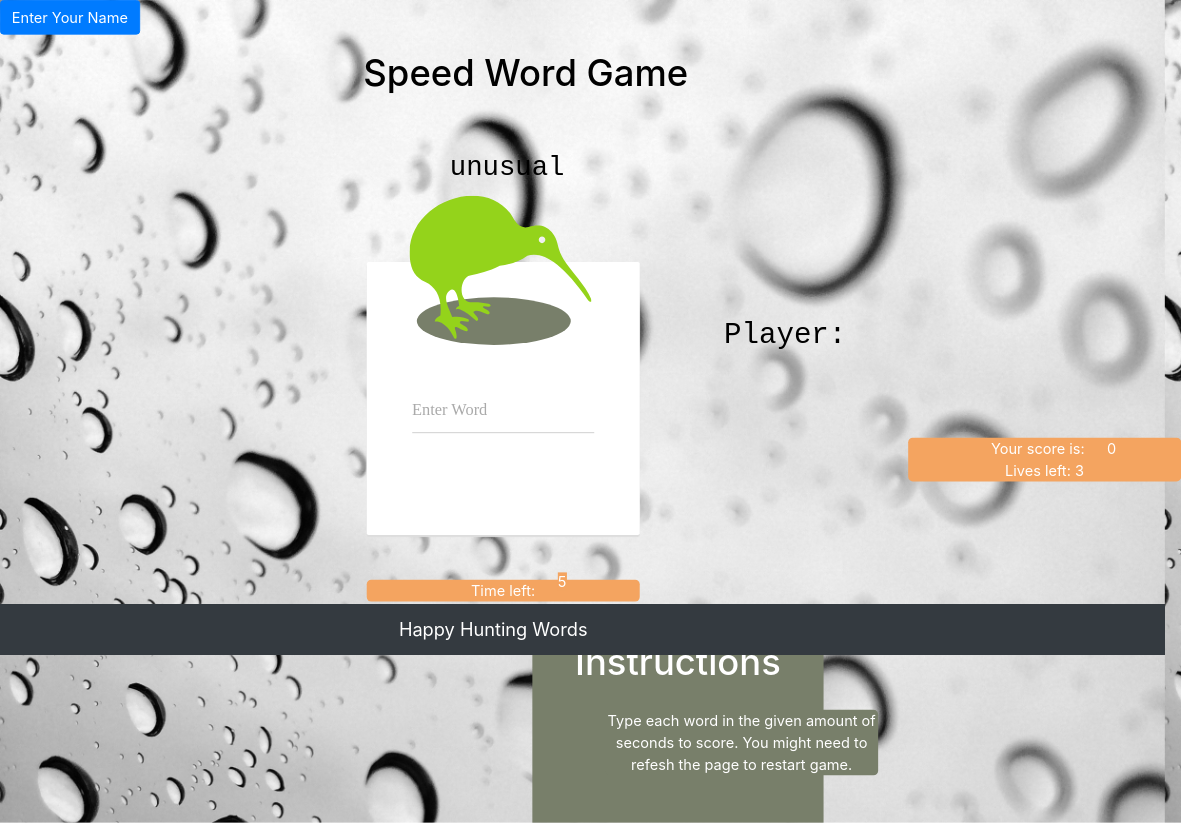
Repository: konstantin0s/word-game-project
Page: index.html
An editor plug-in stored every save of this project. The page is shown before and after the next save, followed by the edit.
The browser window is 1280 px wide. The page is 1298 px wide, so the pictures cover 1298 px, including what lies to the right of the window. The pictures show the whole page, at 91% of full size.
Backgrounds fixed to the window are drawn as part of the page. Some web libraries are served in a nearby version.

Above is the page before, as saved 2019-02-12 15:16:17.
Console error: ReferenceError: loadSound is not defined

### index.html
<!DOCTYPE html>
<html lang="en">

<head>

  <meta charset="utf-8">
  <meta name="viewport" content="width=device-width, initial-scale=1, shrink-to-fit=no">
  <meta name="description" content="">
  <meta name="author" content="">

  <title>Speed Word Game</title>
  <!-- <link rel="stylesheet" href="https://maxcdn.bootstrapcdn.com/bootstrap/3.4.0/css/bootstrap.min.css"> -->
  <script src="https://ajax.googleapis.com/ajax/libs/jquery/3.3.1/jquery.min.js"></script>
  <script src="https://maxcdn.bootstrapcdn.com/bootstrap/3.4.0/js/bootstrap.min.js"></script>
  <script src="https://cdnjs.cloudflare.com/ajax/libs/p5.js/0.7.3/p5.js"></script>
  <!-- Bootstrap core CSS -->
  <link href="vendor/bootstrap/css/bootstrap.min.css" rel="stylesheet">

  <!-- Custom styles for this template -->
  <link href="css/the-big-picture.css" rel="stylesheet">
  <link rel="stylesheet" href="css/style.css">

</head>

<body>

  <!-- Navigation -->
  <nav class="navbar navbar-expand-lg navbar-dark bg-dark fixed-bottom">
    <div class="container">
      <a class="navbar-brand" href="#">Happy Hunting Words</a>
      <button class="navbar-toggler" type="button" data-toggle="collapse" data-target="#navbarResponsive" aria-controls="navbarResponsive" aria-expanded="false" aria-label="Toggle navigation">
        <span class="navbar-toggler-icon"></span>
      </button>
      <div class="collapse navbar-collapse" id="navbarResponsive">
      </div>
    </div>
  </nav>



<!-- Button trigger modal -->
<button type="button" id="clearPlayer" class="btn btn-primary" data-toggle="modal" data-target="#exampleModalCenter">
    Enter Your Name
  </button>

  <!-- Modal -->
  <div class="modal fade" id="exampleModalCenter" tabindex="-1" role="dialog" aria-labelledby="exampleModalCenterTitle" aria-hidden="true">
    <div class="modal-dialog modal-dialog-centered" role="document">
      <div class="modal-content">
        <div class="modal-header">
          <h5 class="modal-title" id="exampleModalLongTitle">Player Name</h5>
          <button type="button" class="close" data-dismiss="modal" aria-label="Close">
            <span aria-hidden="true">&times;</span>
          </button>
        </div>
        <div class="modal-body">
            <h3 id="playerN">Enter Your Name</h3>
            <input id="name" onchange="say_hi()">
        </div>
      </div>
    </div>
  </div>

<h2 id="user">
  Player:
</h2>
<!--
<div class="newP">
    <h3 id="playerN">Enter Your Name</h3>
    <input id="name" onchange="say_hi()">
</div> -->


<div id="output"></div>

  <!-- Page Content -->
  <section>
    <div class="container">
      <div class="row">
        <div class="col-lg-6">
          <h1 class="mt-5">Speed Word Game</h1>
          <div id="wordsDisplay">

          </div>
          <div id="time">
           <p>Time left:</p> <span id="timeLeft"></span>
          </div>
          <div id="userDetails">
             Your score is: <span id="score">0</span><br>
             Lives left: <span id="lives">3</span>
          </div>
          <div class="wrapper">
            <input class="input" id="inputWord" onchange="compareGuess()" placeholder="Enter Word" type="text" >
            <span class="underline"></span>
        </div>
        </div>
      </div>
    </div>
  </section>

    <audio id="myTune">
      <!-- <source src="sounds/0283.ogg"> -->
      <!-- <source src="WhiteChristmas.ogg"> -->
    </audio>

   <p id="messageP"></p>
  <svg version="1.1" id="Layer_1" xmlns="http://www.w3.org/2000/svg" xmlns:xlink="http://www.w3.org/1999/xlink" x="0px" y="0px"
  width="612px" height="502.174px" viewBox="0 65.326 612 502.174" enable-background="new 0 65.326 612 502.174"
  xml:space="preserve" class="logo">

<ellipse class="ground" cx="283.5" cy="487.5" rx="259" ry="80"/>
<path class="kiwi" d="M210.333,65.331C104.367,66.105-12.349,150.637,1.056,276.449c4.303,40.393,18.533,63.704,52.171,79.03
 c36.307,16.544,57.022,54.556,50.406,112.954c-9.935,4.88-17.405,11.031-19.132,20.015c7.531-0.17,14.943-0.312,22.59,4.341
 c20.333,12.375,31.296,27.363,42.979,51.72c1.714,3.572,8.192,2.849,8.312-3.078c0.17-8.467-1.856-17.454-5.226-26.933
 c-2.955-8.313,3.059-7.985,6.917-6.106c6.399,3.115,16.334,9.43,30.39,13.098c5.392,1.407,5.995-3.877,5.224-6.991
 c-1.864-7.522-11.009-10.862-24.519-19.229c-4.82-2.984-0.927-9.736,5.168-8.351l20.234,2.415c3.359,0.763,4.555-6.114,0.882-7.875
 c-14.198-6.804-28.897-10.098-53.864-7.799c-11.617-29.265-29.811-61.617-15.674-81.681c12.639-17.938,31.216-20.74,39.147,43.489
 c-5.002,3.107-11.215,5.031-11.332,13.024c7.201-2.845,11.207-1.399,14.791,0c17.912,6.998,35.462,21.826,52.982,37.309
 c3.739,3.303,8.413-1.718,6.991-6.034c-2.138-6.494-8.053-10.659-14.791-20.016c-3.239-4.495,5.03-7.045,10.886-6.876
 c13.849,0.396,22.886,8.268,35.177,11.218c4.483,1.076,9.741-1.964,6.917-6.917c-3.472-6.085-13.015-9.124-19.18-13.413
 c-4.357-3.029-3.025-7.132,2.697-6.602c3.905,0.361,8.478,2.271,13.908,1.767c9.946-0.925,7.717-7.169-0.883-9.566
 c-19.036-5.304-39.891-6.311-61.665-5.225c-43.837-8.358-31.554-84.887,0-90.363c29.571-5.132,62.966-13.339,99.928-32.156
 c32.668-5.429,64.835-12.446,92.939-33.85c48.106-14.469,111.903,16.113,204.241,149.695c3.926,5.681,15.819,9.94,9.524-6.351
 c-15.893-41.125-68.176-93.328-92.13-132.085c-24.581-39.774-14.34-61.243-39.957-91.247
 c-21.326-24.978-47.502-25.803-77.339-17.365c-23.461,6.634-39.234-7.117-52.98-31.273C318.42,87.525,265.838,64.927,210.333,65.331
 z M445.731,203.01c6.12,0,11.112,4.919,11.112,11.038c0,6.119-4.994,11.111-11.112,11.111s-11.038-4.994-11.038-11.111
 C434.693,207.929,439.613,203.01,445.731,203.01z"/>
<filter id="pictureFilter" >
 <feGaussianBlur stdDeviation="15" />
</filter>
</svg>


<div class="instructions">
  <h1>Instructions</h1>
  <p>Type each word in the given amount of seconds to score.
    You might need to refesh the page to restart game.
  </p>
</div>

  <!-- Bootstrap core JavaScript -->
  <script src="vendor/jquery/jquery.min.js"></script>
  <script src="vendor/bootstrap/js/bootstrap.bundle.min.js"></script>
  <script src="js/main.js"></script>

</body>

</html>

### css/the-big-picture.css
/*!
 * Start Bootstrap - The Big Picture (https://startbootstrap.com/template-overviews/the-big-picture)
 * Copyright 2013-2019 Start Bootstrap
 * Licensed under MIT (https://github.com/BlackrockDigital/startbootstrap-the-big-picture/blob/master/LICENSE)
 */
body {
  background: url('../img/drop.jpg') no-repeat center center fixed;
  -webkit-background-size: cover;
  -moz-background-size: cover;
  background-size: cover;
  -o-background-size: cover;
}

### css/style.css
body {
  margin: 0;
  padding: 0;
  z-index: 40;
  overflow-x: hidden;
}

.container {
  display: flex;
  flex-direction: column;
  justify-content: center;

}
.mt-5 {
  color: black;
  text-align: center;
  position: relative;
  top: -30px;
  left: 290px;
}
.wrapper {
  background-color: #FFF;
  border-radius: 2px;
  box-shadow: 0px 2px 1px 0px #DDD;
  box-sizing: border-box;
  height: 300px;
  left: 550px;
  margin: -150px 0 0 -150px;
  position: absolute;
  top: 400px;
  width: 300px;

}

.input {
  background-color: transparent;
  border: none;
  border-bottom: 1px solid #CCC;
  color: #555;
  box-sizing: border-box;
  font-family: 'Arvo';
  font-size: 18px;
  height: 50px;
  left: 50%;
  margin: -25px 0 0 -100px;
  padding: 10px 0px;
  position: relative;
  top: 50%;
  width: 200px;

  &:focus {
    outline: none;
  }
}

input::-webkit-input-placeholder {
  color: #AAA;
}

input:focus::-webkit-input-placeholder {
  color: dodgerblue;
}

.input:focus+.underline {
  transform: scale(1);
}

.underline {
  background-color: dodgerblue;
  display: inline-block;
  height: 2px;
  left: 50px;
  margin-top: -4px;
  position: absolute;
  top: 185px;
  -webkit-transform: scale(0, 1);
  transform: scale(0, 1);
  -webkit-transition: all 0.5s linear;
  transition: all 0.5s linear;
  width: 202px;
}


font {
  color: white;
}

#wordsDisplay {
  position: relative;
  top: 20px;
  left: 387px;
  color: black;
  font-family: 'Courier New', Courier, monospace;
  font-size: 30px;
  width: 305px;
  text-align: center;
}
#userDetails {
  position: relative;
  top: 230px;
 float: right;
 /* left: 500px; */
 left: 740px;
  color: white;
  background-color: sandybrown;
  width: 300px;
  text-align: center;
  border-radius: 5px;
}

#score {
  position: relative;
  top: 0px;
  left: 20px;
  color: white;
  background-color: sandybrown;
}

#time {
  text-align: center;
}

 p {
  position: relative;
  top: 450px;
  left: 385px;
  color: white;
  background-color: sandybrown;
  width: 300px;
  border-radius: 5px;
 }

#timeLeft {
  position: relative;
  top: 400px;
  left: 330px;
  color: white;
  background-color: sandybrown;g
}

b {
  color: black;
  text-transform: capitalize;;
}

#user {
  position: relative;
  top: 350px;
  right: 350px;
  float: right;
  color: black;
  font: 33px;
  font-family: 'Courier New', Courier, monospace;
}

#output {
  position: relative;
  color: black;
  float: right;
  right: 250px;
  font-size:28px;
  top: 410px;
}

#playerN {
  color: black;
}

.newP {
  position: relative;
  left: 40px;
  top: 120px;
}

.navbar-brand {
  position: relative;
  left: -90px;
}


@import "compass/css3";

.logo {
  position: relative;
  width: 200px;
  height: 164px;
  left: 450px;
  top: -100px;
}

.kiwi {
  fill: #94d31b;

}
.kiwi:hover {
  fill: #ace63c;
}

.ground {
  fill: #787f6a;
}
.ground:hover {
  filter: url(#pictureFilter);
  fill: #896d3d;
}

#messageP {
  position: relative;
  top: -50px;
  width: 100px;
  left: 500px;
}

.instructions {
  background-color: #787f6a;
  width: 25%;
  height: 200px;
  color: white;
  position: relative;
  left: 580px;
  top: 220px;
  margin: 5px;
  text-align: center;
  margin-bottom: 50px;
}

.instructions p {
  background-color: #787f6a;
  position: relative;
  left: 80px;
  top: 20px;
  width: 1005;
  text-align: center;
}

### js/main.js
function say_hi() {
  var name = document.getElementById('name').value;
  var html = '<b>' + name + '</b> ';
 document.getElementById('output').innerHTML = html;
}

function clearPlayer() {
  document.getElementById("name").value = "";
  var input = document.getElementById("name");
  input.style.visibility = "hidden";
  var playerN = document.getElementById("playerN");
  playerN.style.visibility = "hidden";
  var clearPlayer = document.getElementById("clearPlayer");
  clearPlayer.style.visibility = "hidden";
  var exampleModalCenter = document.getElementById("exampleModalCenter");
  exampleModalCenter.style.visibility = "none";
}

  (function() {
    setInterval(function(){
      clearPlayer();
    }, 10000);
}());

// document.getElementById('say').addEventListener('click', say_hi);

// {
//   var name = prompt ('Your name','');
//   if (name != null) {
//     document.write("<CENTER><FONT FACE=ARIAdL,VERDANA COLOR="+" SIZE=5>Welcome To Word Game, "+name+".</FONT><HR NOSHADE WIDTH=450></CENTER><P>")
//   } else {
//     document.write("<CENTER><FONT FACE=ARIAdL,VERDANA COLOR="+" SIZE=5>Welcome, Guest "+name+".</FONT><HR NOSHADE WIDTH=450></CENTER><P>")
//   }

//   }

  //words array


  //random function
  // function newWord() {
  //   var randomNum = Math.floor(Math.random() * words.length);
  //   document.getElementById('wordsDisplay').innerHTML = words[randomNum];
  //   console.log(randomNum);
  // }


function cancelLevel1() {
  if (score == 10) {
  }
  return;
}

  var wordGeneratorLevel1 = function() {
    setInterval(function(){
      generate();
    }, 5000);
    timer();
    cancelLevel1();
  }

  function wordGeneratorLevel2() {
    setInterval(function(){
      generateLevel2()
    }, 5000);
    timer();
}

  var wordsLevel1 = [
    "clever", "amongst", "implementing", "intelectual", "sensual", "amazing", "beautify", "project", "tall",
"curl", "rate", "busy", "unusual", "extend", "exclusive", "ray", "shy", "wasteful", "unbecoming", "fallacious",
"toothbrush", "bounce"
     ];

     var wordsLevel2 = [
      "jackhammer",
     "brightwork", "verkrampte", "protectrix", "nudibranch", "grandchild", "newfangled", "flugelhorn", "mythologer",
     "pluperfect", "jellygraph", "quickthorn", "rottweiler", "technician", "cowpuncher", "middlebrow",
     "jackhammer", "triphthong", "wunderkind", "dazzlement", "jabberwock", "witchcraft","pawnbroker", "thumbprint", "motorcycle"
       ];

       const levels = [3, 5, 7];

  var randomDiv = document.getElementById("wordsDisplay");
  var addScore = document.getElementById("score");
  var freshLives = document.getElementById("lives");
  var timeLeft = document.getElementById("timeLeft");
  var svgLogo = document.getElementById("Layer_1");
   var messagePlayer = document.getElementById("messageP");
  var randomIndex;
  var mySound = document.getElementById("myTune");
  var myMusic;
  var newText;
  var score = 0;
  var lives = 3;
  var seconds = 5;


  function flashLogo() {
    var interval = window.setInterval(function(){
      if(svgLogo.display == 'hidden'){
        svgLogo.style.visibility = 'visible';
      }else{
        svgLogo.style.visibility = 'hidden';
      }
  }, 1000); //the 1000 here is milliseconds and determines how often the interval should be run.
  }

var timer = function() {
  setInterval(function(){
    seconds--;
    timeLeft.innerHTML = seconds;
    if (seconds == 0) {
      seconds = 5;
      timeLeft.innerHTML = seconds;
    }
}, 1000);
}

  function generate() {
   randomIndex = Math.ceil((Math.random() * wordsLevel1.length - 1));
   newText = wordsLevel1[randomIndex];
   randomDiv.innerHTML = newText;

  }

  function generateLevel2() {
    randomIndex = Math.ceil((Math.random() * wordsLevel2.length - 1));
    newText = wordsLevel2[randomIndex];
    randomDiv.innerHTML = newText;
   }

   var song;

   function setup() {
     song = loadSound('assets/lucky_dragons_-_power_melody.mp3');
     createCanvas(720, 200);
     background(255,0,0);
   }


function mousePressed() {
  if ( song.isPlaying() ) { // .isPlaying() returns a boolean
    song.stop();
    background(255,0,0);
  } else {
    song.play();
    background(0,255,0);
  }
}

  function compareGuess() {
    var flag = false;
    var searchWord = document.getElementById("inputWord").value;
    var wordName = document.getElementById("wordsDisplay");

         if (searchWord == wordName.innerHTML) {
          wordName.style.height = "40px";
           wordName.style.backgroundColor = "yellow";
           score++;
           addScore.textContent = score;
           if (score == 10) {
            sound.play();
            flashLogo();
            messagePlayer.innerHTML = "I'm Outta Here :)";
           }
           clearInterval(timer);
           setInterval(function(){
            wordName.style.backgroundColor = "";
          }, 1500);
          resetInput();
             flag = true;
         } else {
           wordName.style.backgroundColor = "";
         }

         if(flag == false) {
          lives--;
          freshLives.innerHTML = lives;
          resetInput();
      } if (lives == 0) {
        alert("Game Over");
        score = 0;
        addScore.textContent = "0"
        resetInput();
        lives = 3;
        freshLives.innerHTML = lives;
      }
     }


 function resetInput() {
  document.getElementById("inputWord").value = "";
  }


  function init() {
    wordGeneratorLevel1();

   }


 window.onload = init;


 //level 2?
//  if (score > 10) {
//   wordGeneratorLevel2();
//   }

Loaded but not shown: vendor/bootstrap/css/bootstrap.min.css (library); vendor/jquery/jquery.min.js (library); vendor/bootstrap/js/bootstrap.bundle.min.js (library)

After the next save:
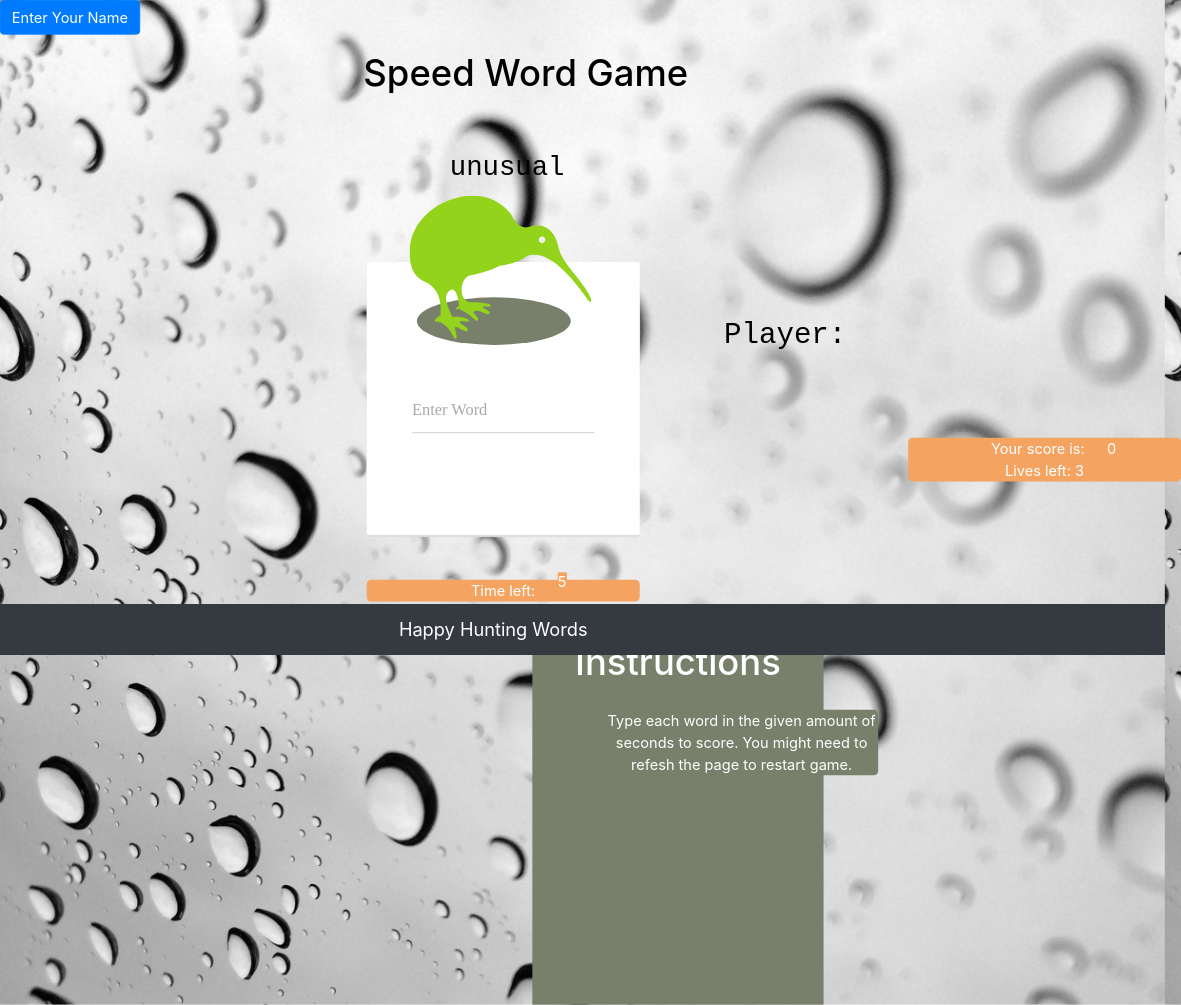
Saved 26 s later.
--- a/css/style.css
+++ b/css/style.css
@@ -214,7 +214,7 @@ b {
 .instructions {
   background-color: #787f6a;
   width: 25%;
-  height: 200px;
+  height: 400px;
   color: white;
   position: relative;
   left: 580px;
